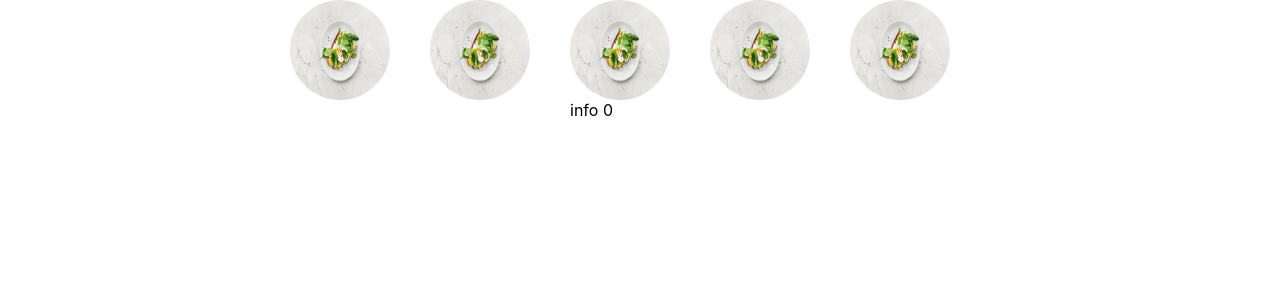
Repository: nambui98/slider
Page: /
These files come from the project's save history. The page is drawn as it stood at one moment and after a run of saves; the edit follows.
The browser window is 1280 px wide. The pictures show the whole page.
The project was rebuilt for these pictures with package versions that can differ from the ones it lists, and the page was loaded fresh each time. Also part of the build but not shown: vite.config.ts.

Above is the page before, as saved 2022-04-12 09:59:31.

After the next 2 saves:
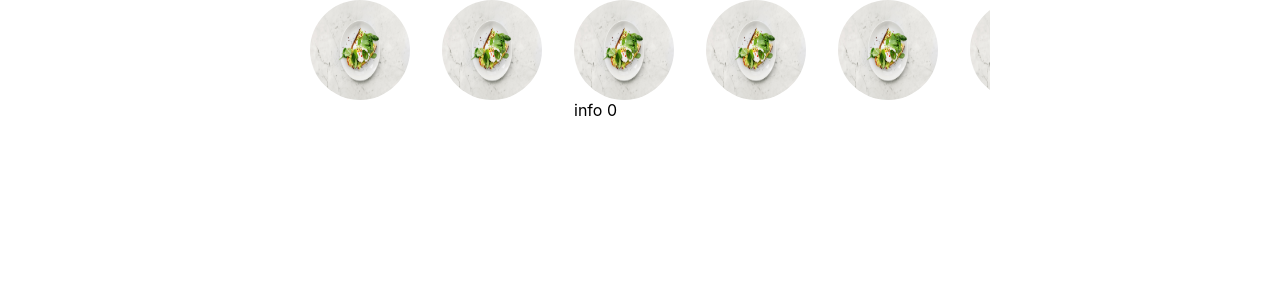
The 2 saves are shown as one change because they came seconds apart.
The last was saved 29 s later.
--- a/src/components/horizolslider/Horizolsider.tsx
+++ b/src/components/horizolslider/Horizolsider.tsx
@@ -53,7 +53,7 @@
         slidesToScroll: 1,
         centerMode: true,
         focusOnSelect: true,
-        centerPadding: '0px',
+        centerPadding: '20px',
         adaptiveHeight: true,
         beforeChange: (current: any, next: any) => {
             setActiveIndex(next)

After the save that followed:
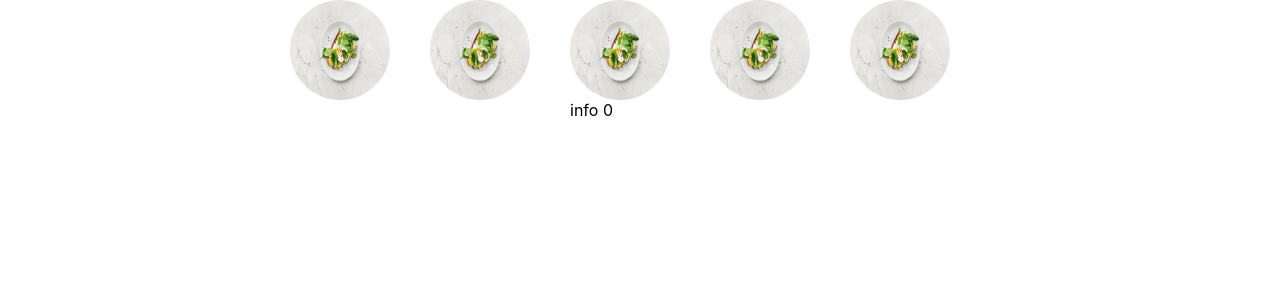
Saved 4 s later.
--- a/src/components/horizolslider/Horizolsider.tsx
+++ b/src/components/horizolslider/Horizolsider.tsx
@@ -53,7 +53,7 @@
         slidesToScroll: 1,
         centerMode: true,
         focusOnSelect: true,
-        centerPadding: '20px',
+        centerPadding: '0px',
         adaptiveHeight: true,
         beforeChange: (current: any, next: any) => {
             setActiveIndex(next)
